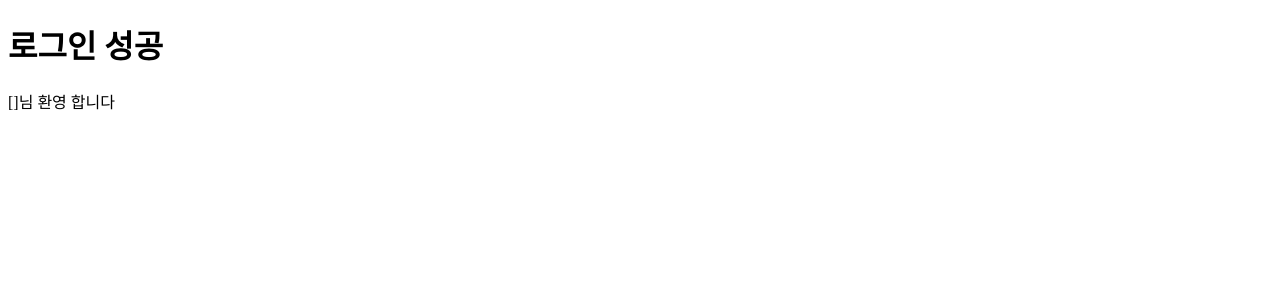
Repository: minimelody/servlet
Page: http://localhost/web2/views/member/loginSuccess.jsp
These files come from the project's save history. The page is drawn as it stood at one moment and after the next save; the edit follows.
The browser window is 1280 px wide. The pictures show the whole page.
The page is served by Tomcat 9.

Above is the page before, as saved 2018-05-24 03:14:36.

After the next save:
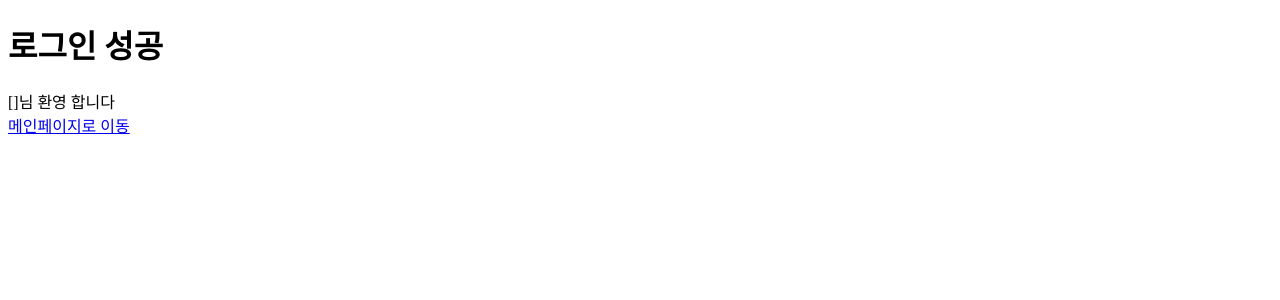
Saved 22 s later.
--- a/webworkspace2/web2/WebContent/views/member/loginSuccess.jsp
+++ b/webworkspace2/web2/WebContent/views/member/loginSuccess.jsp
@@ -9,6 +9,6 @@
 <body>
 	<h1>로그인 성공</h1>
 	[]님 환영 합니다<br>
-	<a href="././index.jsp"></a>
+	<a href="././index.jsp">메인페이지로 이동</a>
 </body>
 </html>
